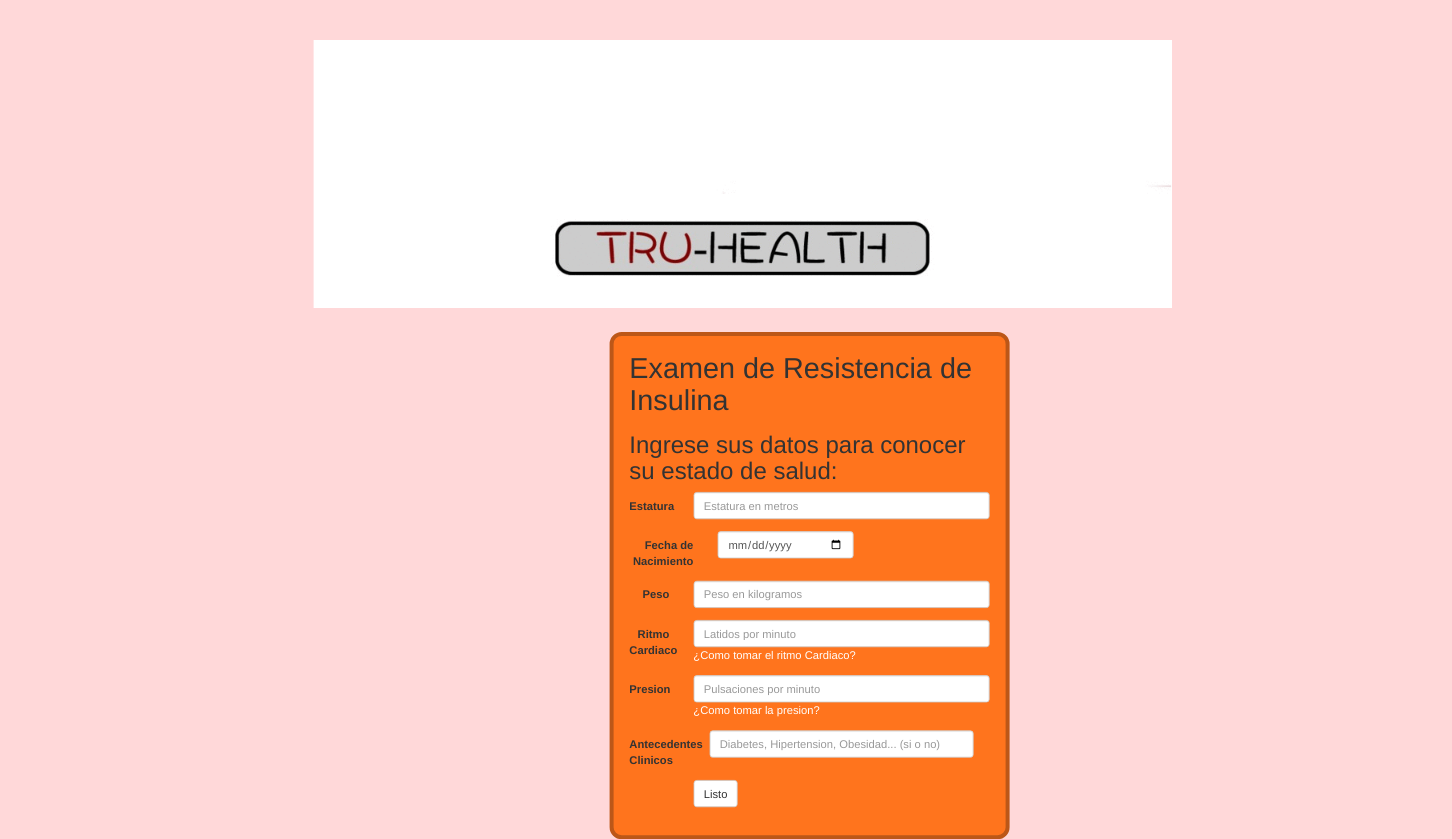
Repository: GabrielAvilesR/GabrielAvilesR.github.io
Page: Tru-Health/Tru-Health/index.html
The author's editor kept a copy of each file at every save. The page is drawn from the files as they stood at one save, then again after the next save.
The browser window is 1280 px wide. The page is 1715 px wide, then 1815 px, so the pictures cover 1815 px, including what lies to the right of the window. The pictures show the whole page, at 80% of full size.
Some web fonts or font styles are not loaded; a fallback is used. Some web libraries are served in a nearby version.

Above is the page before, as saved 2014-04-05 23:34:03.

### Tru-Health/Tru-Health/index.html
<!DOCTYPE html>
<html lang="en">
  <head>
  	<link rel="shortcut icon" type="image/x-icon" href="/favicon.ico">
    <meta charset="utf-8">
    <meta http-equiv="X-UA-Compatible" content="IE=edge">
    <meta name="viewport" content="width=device-width, initial-scale=1">
    <title>Tru-Health</title>

    <!-- Bootstrap -->
    <link href="css/bootstrap.min.css" rel="stylesheet">
	<link href="css/micss.css" rel="stylesheet">
	<link href='http://fonts.googleapis.com/css?family=Sonsie+One' rel='stylesheet' type='text/css'>



    <!-- HTML5 Shim and Respond.js IE8 support of HTML5 elements and media queries -->
    <!-- WARNING: Respond.js doesn't work if you view the page via file:// -->
    <!--[if lt IE 9]>
      <script src="https://oss.maxcdn.com/libs/html5shiv/3.7.0/html5shiv.js"></script>
      <script src="https://oss.maxcdn.com/libs/respond.js/1.4.2/respond.min.js"></script>
    <![endif]-->
  </head>
  <body>
    <div class="container-fluid">
    	<div class="row">
    		<div class="col-md-3 col-md-offset-4">
    		<img id="Head" src="gif/logo-inicio.gif"/>
    		</div>
    	</div>
    	<div class="row">
    		<div class="col-md-7">

    		</div>
    		<div class ="col-md-5">
    			<div id="mediform">
    				<h1 id="tituloform">Examen de Resistencia de Insulina</h1>
    				<h2 id="subtituloform">Ingrese sus datos para conocer su estado de salud:</h2>
<form class="form-horizontal" role="form">
  <div class="form-group">
    <label for="Height" class="col-sm-2 control-label">Estatura</label>
    <div class="col-sm-10">
      <input type="number" class="form-control" id="Height" placeholder="Estatura en metros">
    </div>
  </div>
  <div class="form-group">
    <label for="Age" style="margin-left:-10px;" class="col-sm-3 control-label">Fecha de Nacimiento</label>
    <div class="col-sm-5">
      <input type="date" class="form-control" id="Age" placeholder="Edad en Años">
    </div>
  </div>
  <div class="form-group">
    <label for="Weight" class="col-sm-2 control-label">Peso</label>
    <div class="col-sm-10">
      <input type="number" class="form-control" id="Weight" placeholder="Peso en kilogramos">
    </div>
  </div>
   <div class="form-group">
    <label for="RitmoCardiaco" class="col-sm-2 control-label">Ritmo Cardiaco</label>
    <div class="col-sm-10">
      <input type="number" class="form-control" id="RitmoCardiaco" placeholder="Latidos por minuto">
      <a class="subform" href="#">¿Como tomar el ritmo Cardiaco?</a>
  </div>
  </div>
	<div class="form-group">
    <label for="Presion" class="col-sm-2 control-label">Presion</label>
    <div class="col-sm-10">
      <input type="number" class="form-control" id="Presion" placeholder="Pulsaciones por minuto">
      <a class="subform" href="#">¿Como tomar la presion?</a>
  </div>
  </div>
  <div class="form-group">
    <label for="Antecedentes" class="col-sm-2 control-label">Antecedentes Clinicos</label>
    <div class="col-sm-9">
      <input style="position:relative;left:20px;"type="text" class="form-control" id="Antecedentes" placeholder="Diabetes, Hipertension, Obesidad... (si o no)">
   </div>
  </div>
  <div class="form-group">
    <div class="col-sm-offset-2 col-sm-10">
      <button type="submit" class="btn btn-default">Listo</button>
    </div>
  </div>
</form>
    			</div>
    		</div>
    	</div>
    </div>

    <!-- jQuery (necessary for Bootstrap's JavaScript plugins) -->
    <script src="https://ajax.googleapis.com/ajax/libs/jquery/1.11.0/jquery.min.js"></script>
    <!-- Include all compiled plugins (below), or include individual files as needed -->
    <script src="js/bootstrap.min.js"></script>
  </body>
</html>

### Tru-Health/Tru-Health/css/micss.css

body{
	background-color:#FFD8D9;
}
#mediform{
	background-color: #FF741D;
	width: 500px;
	padding: 20px;
	padding-top: 0px;
	border: 5px #BC5718 solid;
	border-radius: 15px;
}
#Head{
	position:relative;
	top:50px;
	right:150px;
	margin: 0px 100px;
	margin-bottom:80px;


}

#tituloform{

}
#subtituloform{

}

.subform{
	text-decoration:none;
	color:white;

}

Loaded but not shown: Tru-Health/Tru-Health/css/bootstrap.min.css (library); Tru-Health/Tru-Health/js/bootstrap.min.js (library)

After the next save:
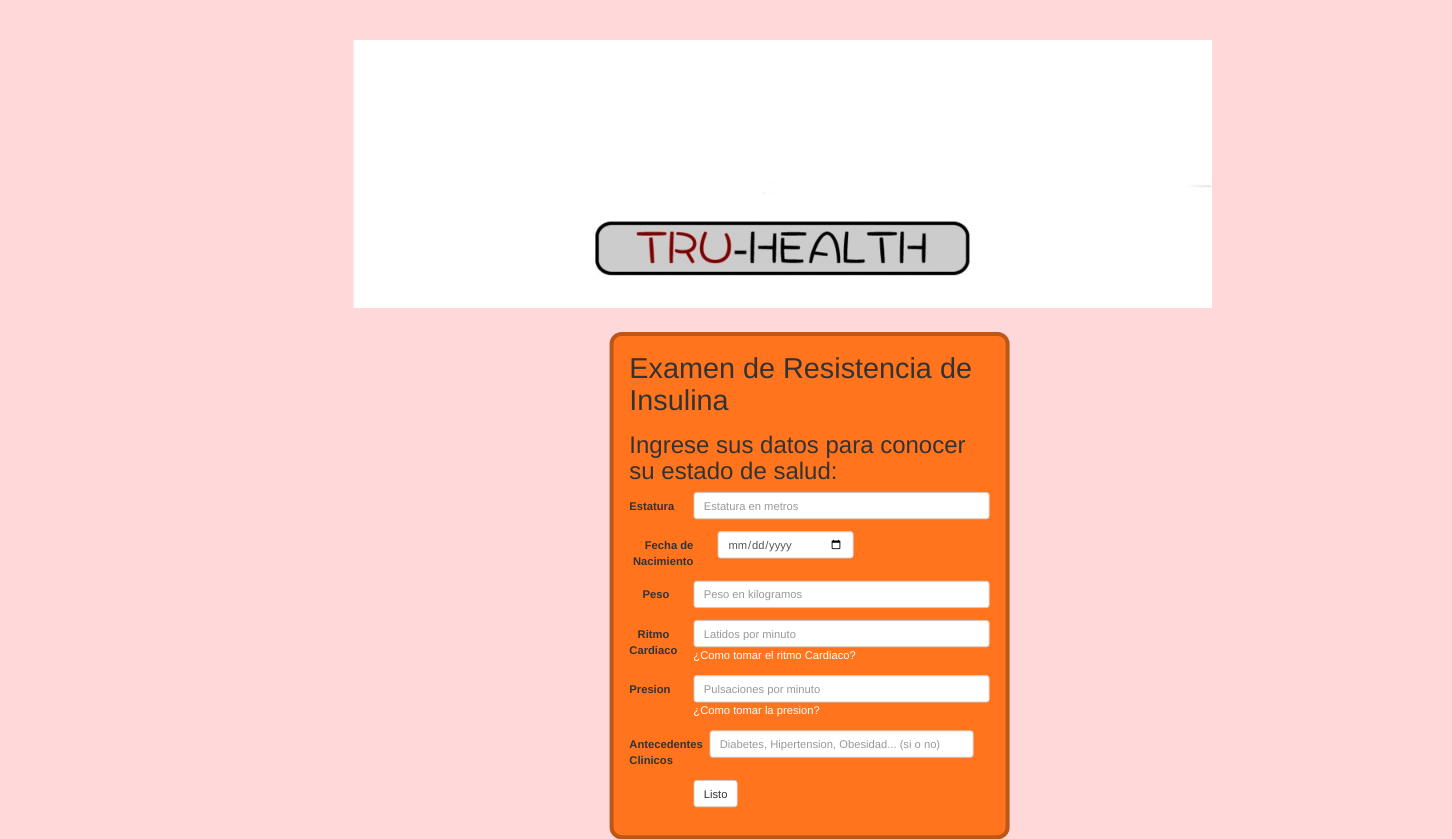
Saved 15 s later.
--- a/Tru-Health/Tru-Health/css/micss.css
+++ b/Tru-Health/Tru-Health/css/micss.css
@@ -14,7 +14,7 @@
 	position:relative;
 	top:50px;
 	right:150px;
-	margin: 0px 100px;
+	margin: 0px 150px;
 	margin-bottom:80px;
 
 
